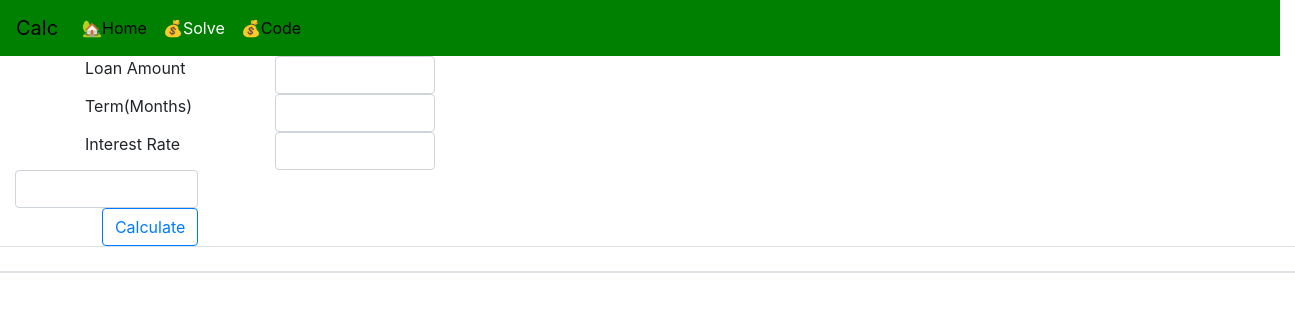
Repository: zhadjah9559/MortgageManager
Page: solve.html
These files come from the project's save history. The page is drawn as it stood at one moment and after a run of saves; the edit follows.
The browser window is 1280 px wide. The page is 1295 px wide, so the pictures cover 1295 px, including what lies to the right of the window. The pictures show the whole page.

Above is the page before, as saved 2021-01-15 16:52:45.

After the next 3 saves:
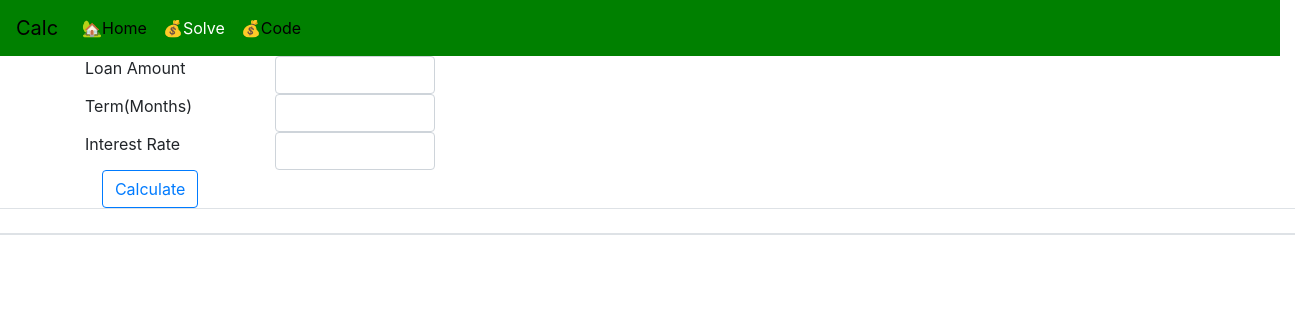
The 3 saves are shown as one change because they came seconds apart.
The last was saved 10 s later.
--- a/solve.html
+++ b/solve.html
@@ -57,9 +57,11 @@
                 <label for="Interest Rate">Interest Rate</label>
             </div>
             <div class="col-2">
-                <input type="number" class="form-control" id="months">
+                <input type="number" class="form-control" id="interestRate">
             </div>
         </div>
+
+
     </div>
                 <!--Label Columns-->
                 <div class="col-2 text-right">
@@ -67,7 +69,6 @@
 
                 <!--Label Inputs-->
                 <div class="col-2 text-right">
-                    <input type="number" class="form-control" id="interestRate">
                     <button class="btn btn-outline-primary" type="submit" onclick="calculateLoan()">Calculate</button>
                 </div>
 
